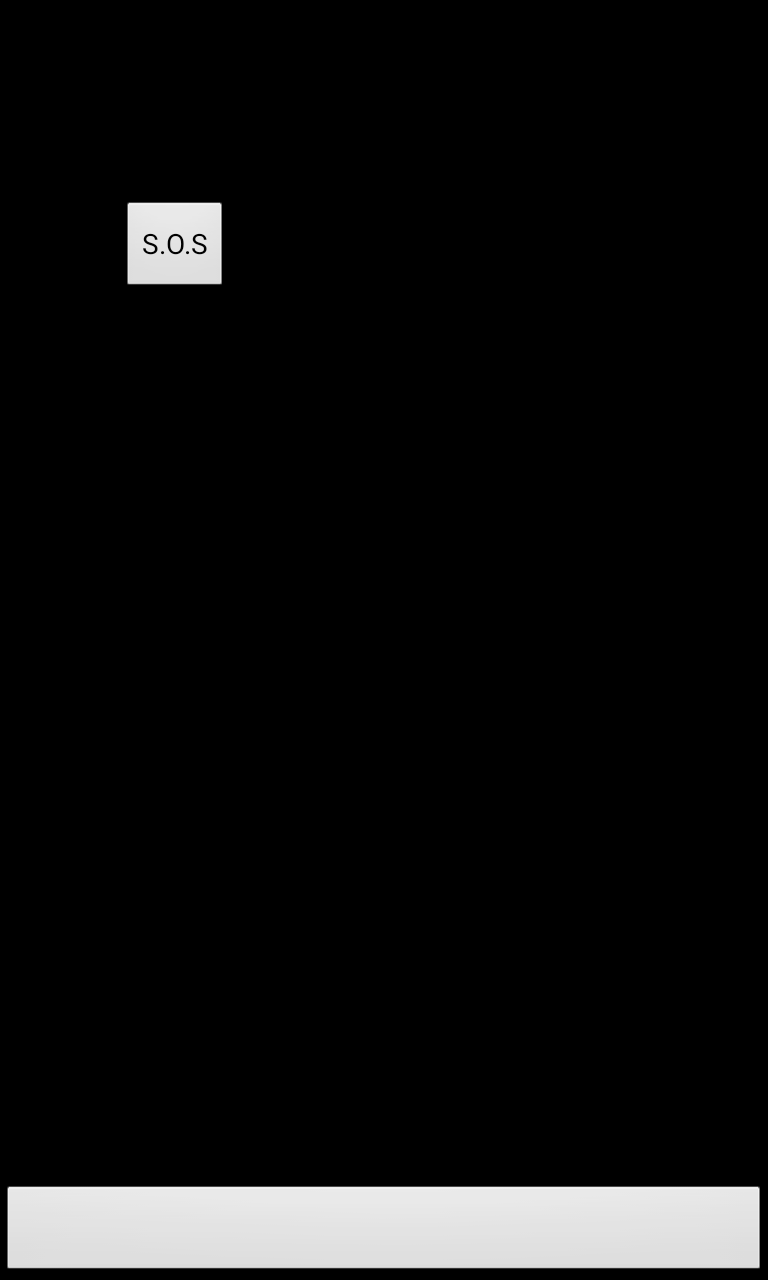
Repository: wfortini/appSOS
Layout: appMobileClient/res/layout/activity_main.xml
The author's editor kept a copy of each file at every save. The layout is drawn from the files as they stood at one save, then again after a run of saves.
It is drawn on a 768 x 1280 px phone screen (xhdpi) without system bars, with theme AppTheme; the app's code is not run.

Above is the layout before, as saved 2013-03-03 03:43:46.

### appMobileClient/res/layout/activity_main.xml
<TableLayout xmlns:android="http://schemas.android.com/apk/res/android"
    xmlns:tools="http://schemas.android.com/tools"
    android:layout_width="match_parent"
    android:layout_height="match_parent"
    tools:context=".MainActivity" >

    <TableRow >
        <Button
        android:id="@+id/button1"
        android:layout_width="wrap_content"
        android:layout_height="wrap_content"
        android:layout_marginLeft="60dp"
        android:layout_marginTop="100dp"
        android:text="@string/button_sos" />

    </TableRow>

    <TableRow >



    </TableRow>
		<RelativeLayout
		    android:layout_width="wrap_content"
		    android:layout_height="fill_parent"
		    android:gravity="bottom">

		    <ImageButton android:id="@+id/salvar"
        			android:layout_width="fill_parent"
        			android:layout_height="wrap_content"
        			android:text="Salvar"
        			android:src=""/>



		</RelativeLayout>
</TableLayout>

### appMobileClient/res/values/styles.xml
<resources>

    <!--
        Base application theme, dependent on API level. This theme is replaced
        by AppBaseTheme from res/values-vXX/styles.xml on newer devices.
    -->
    <style name="AppBaseTheme" parent="android:Theme.Black">
        <!--
            Theme customizations available in newer API levels can go in
            res/values-vXX/styles.xml, while customizations related to
            backward-compatibility can go here.
        -->
    </style>

    <!-- Application theme. -->
    <style name="AppTheme" parent="AppBaseTheme">
        <!-- All customizations that are NOT specific to a particular API-level can go here. -->
    </style>

</resources>

### appMobileClient/res/values/strings.xml
<?xml version="1.0" encoding="utf-8"?>
<resources>

    <string name="app_name">SOS24Horas</string>
    <string name="hello_world">Hello world!</string>
    <string name="menu_settings">Settings</string>
    <string name="button_sos">S.O.S</string>
    <string name="btn_sua_local">Sua Localização</string>

</resources>

After the next 2 saves:
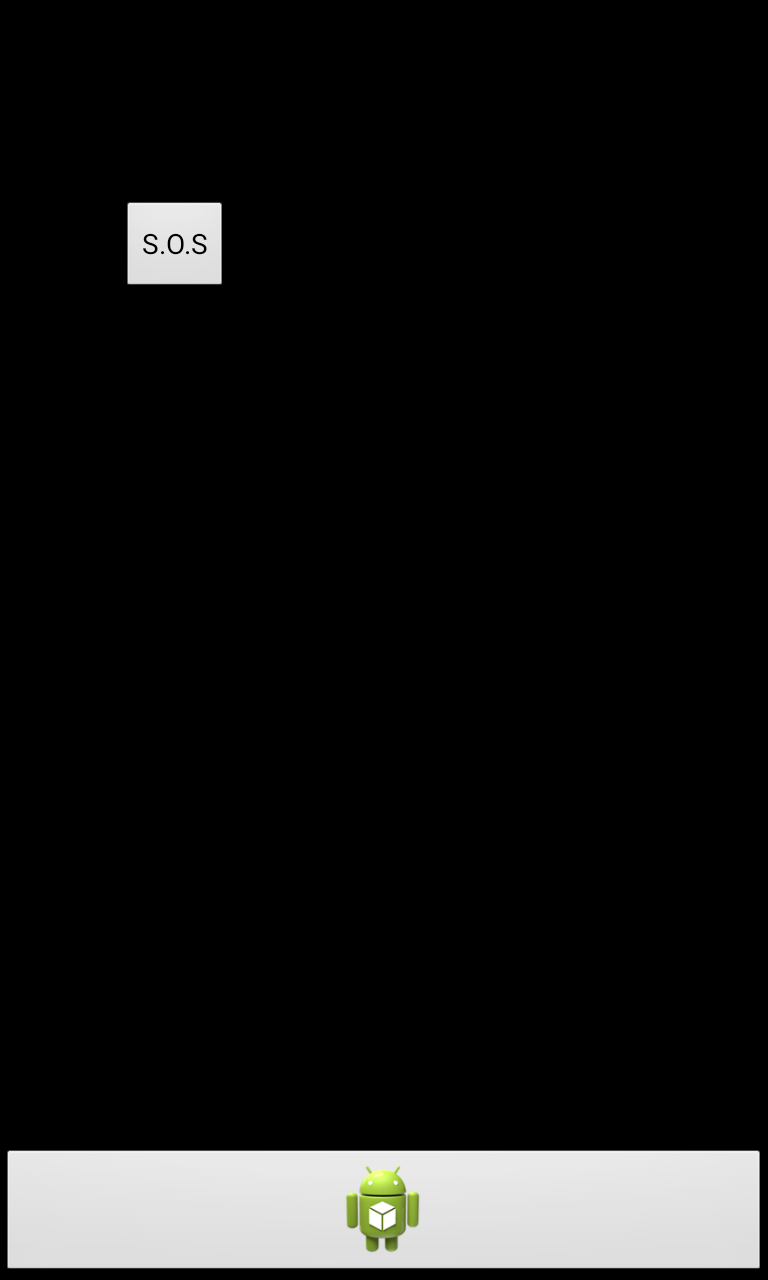
The 2 saves are shown as one change because 1 did not build or start.
The last was saved 105 s later.
--- a/appMobileClient/res/layout/activity_main.xml
+++ b/appMobileClient/res/layout/activity_main.xml
@@ -29,7 +29,7 @@
         			android:layout_width="fill_parent"
         			android:layout_height="wrap_content"
         			android:text="Salvar"
-        			android:src=""/>
+        			android:src="@drawable/ic_launcher"/>
 
 
 
